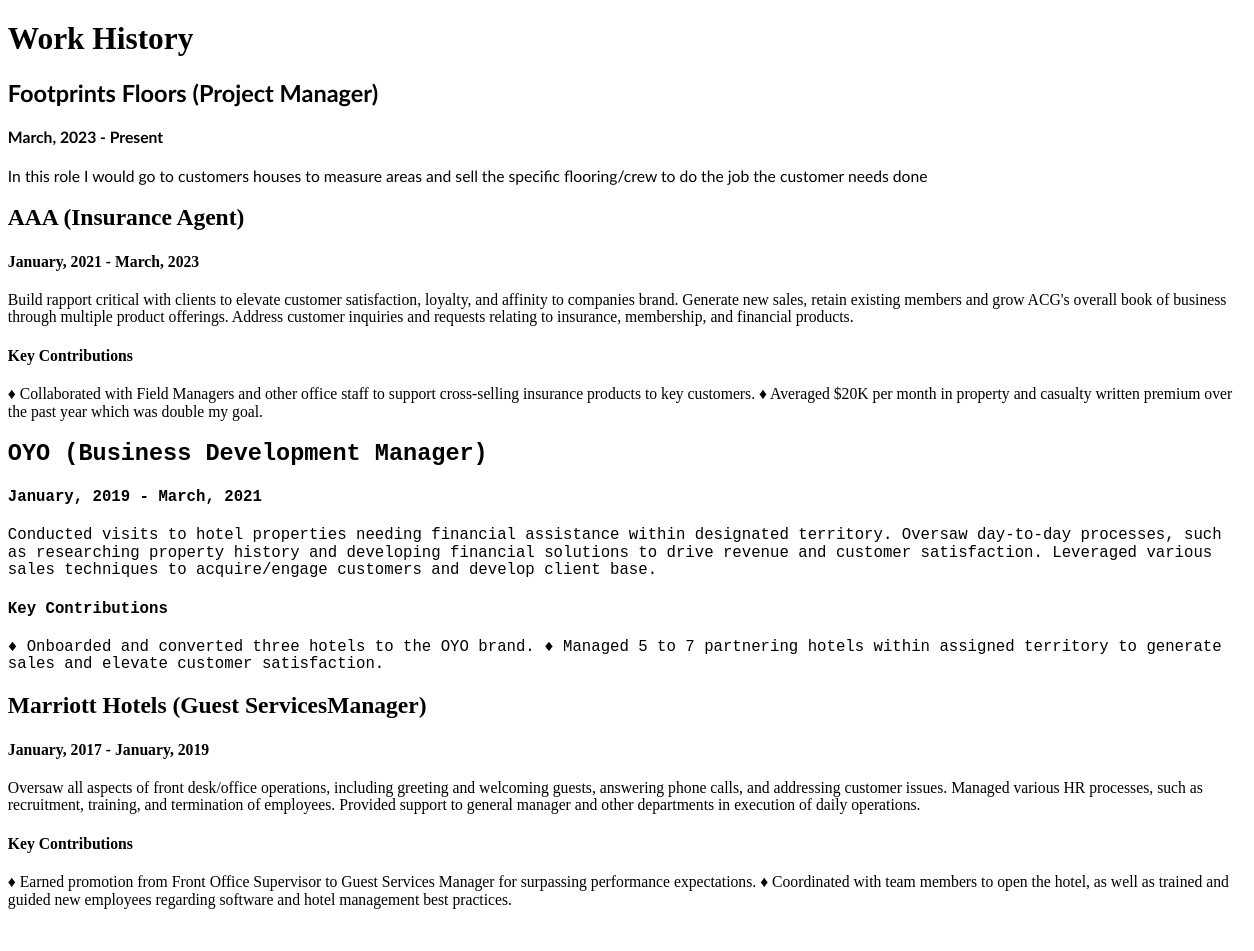
Repository: TEazy2433/LAB-HTML-Resume
Page: index.html
The author's editor kept a copy of each file at every save. The page is drawn from the files as they stood at one save, then again after the next save.
The browser window is 1280 px wide. The pictures show the whole page, at 98% of full size.

Above is the page before, as saved 2023-10-11 20:12:59.

### index.html
<!DOCTYPE html>
<html lang="en">
<head>
  <meta charset="UTF-8">
  <meta name="viewport" content="width=device-width, initial-scale=1.0">
  <title>Resume</title>
  <link rel="stylesheet" href="main.css">
  </head>
  <body>

  <script src="main.js"></script>
  </body>
  </html><html></html>
    </head>
      <title>Work History</title>
    </head>
    <body>
      <h1>Work History</h1>
      <article id="articleOne">
        <h2>Footprints Floors (Project Manager)</h2>
        <h4>March, 2023 - Present</h4>
        <section>
          <p>In this role I would go to customers houses to measure areas and sell the specific flooring/crew to do the job the customer needs done</p>
        </section>
      </article>

      <article id="articleTwo">
        <h2>AAA (Insurance Agent)</h2>
        <h4>January, 2021 - March, 2023</h4>
        <section>
          <p>Build rapport critical with clients to elevate customer satisfaction, loyalty, and affinity to companies brand. Generate new sales, retain existing members and grow ACG's overall book of business through multiple product offerings. Address customer inquiries and requests relating to insurance, membership, and financial products.</p>

          <h4>Key Contributions</h4>
          <P>♦ Collaborated with Field Managers and other office staff to support cross-selling insurance products to key customers.
            ♦ Averaged $20K per month in property and casualty written premium over the past year which was double my goal.</P>
        </section>
      </article>

      <article id="articleThree">
        <h2>OYO (Business Development Manager)</h2>
        <h4>January, 2019 - March, 2021</h4>
        <section>
          <p>Conducted visits to hotel properties needing financial assistance within designated territory. Oversaw day-to-day processes, such as researching property history and developing financial solutions to drive revenue and customer satisfaction. Leveraged various sales techniques to acquire/engage customers and develop client base.</p>

          <h4>Key Contributions</h4>
          <P>♦ Onboarded and converted three hotels to the OYO brand.
            ♦ Managed 5 to 7 partnering hotels within assigned territory to generate sales and elevate customer satisfaction.</P>
        </section>
      </article>

      <article id="articleFour">
        <h2>Marriott Hotels (Guest ServicesManager)</h2>
        <h4>January, 2017 - January, 2019</h4>
        <section>
          <p>Oversaw all aspects of front desk/office operations, including greeting and welcoming guests, answering phone calls, and addressing customer issues. Managed various HR processes, such as recruitment, training, and termination of employees. Provided support to general manager and other departments in execution of daily operations.</p>

          <h4>Key Contributions</h4>
          <P>♦ Earned promotion from Front Office Supervisor to Guest Services Manager for surpassing performance expectations.
            ♦ Coordinated with team members to open the hotel, as well as trained and guided new employees regarding software
            and hotel management best practices.</P>
        </section>
      </article>


    </body>

### main.css
#articleOne{
  font-family: 'Gill Sans', 'Gill Sans MT', Calibri, 'Trebuchet MS', sans-serif;
}

#articleTwo{
  font-family: cursive;
}

#articleThree{
  font-family: 'Courier New', Courier, monospace;
}

#articleFour{
  font-family: fantasy;
}

### main.js
console.log("Resume");

After the next save:
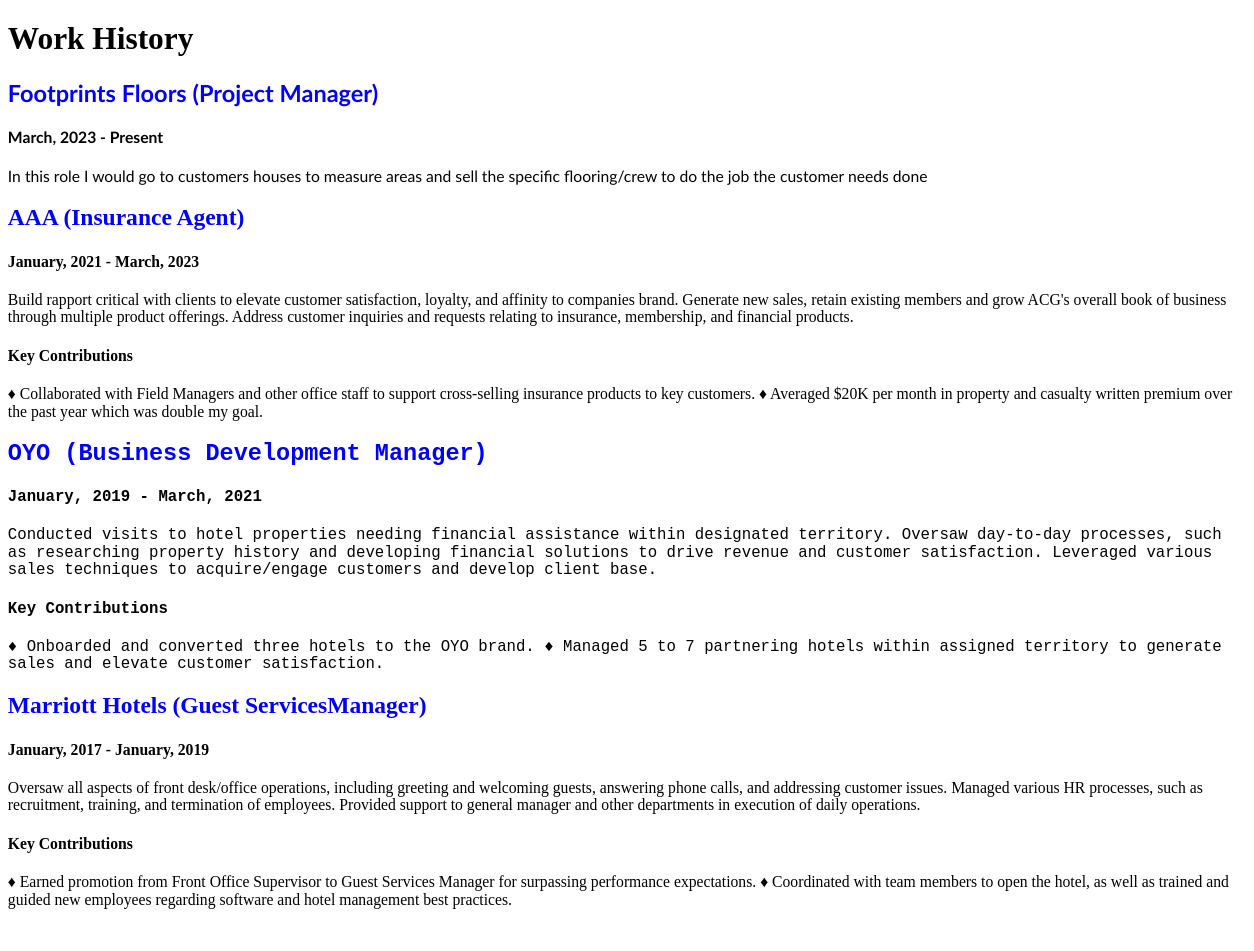
Saved 73 s later.
--- a/main.css
+++ b/main.css
@@ -1,3 +1,7 @@
+h2{
+  color: blue;
+}
+
 #articleOne{
   font-family: 'Gill Sans', 'Gill Sans MT', Calibri, 'Trebuchet MS', sans-serif;
 }
